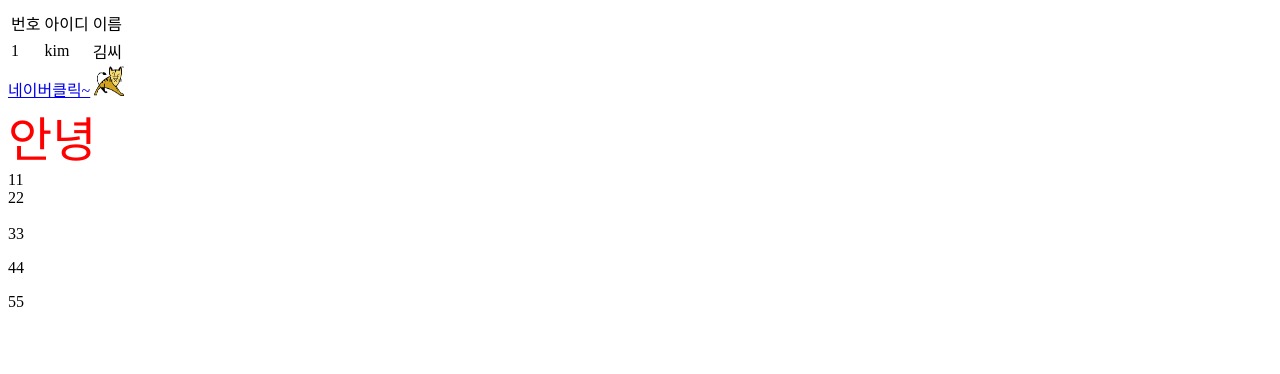
Repository: MinHyeJun/OpenSourceFramework
Page: web_prj/webapp/test.html
These files come from the project's save history. The page is drawn as it stood at one moment and after the next save; the edit follows.
The browser window is 1280 px wide. The pictures show the whole page.

Above is the page before, as saved 2018-06-26 02:22:22.

After the next save:
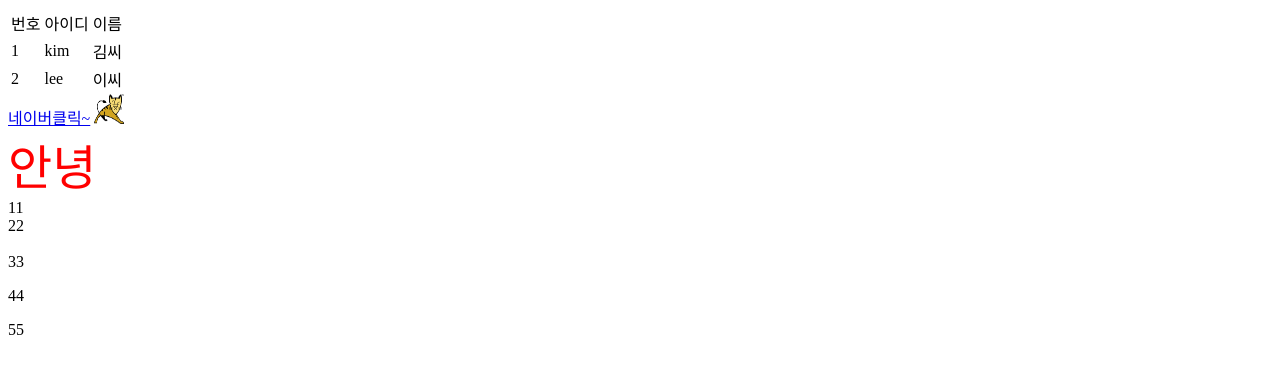
Saved 15 s later.
--- a/web_prj/webapp/test.html
+++ b/web_prj/webapp/test.html
@@ -16,6 +16,11 @@
 		<td>kim</td>
 		<td>김씨</td>
 	</tr>
+	<tr>
+		<td>2</td>
+		<td>lee</td>
+		<td>이씨</td>
+	</tr>
 </table>
 
 <a href="http://www.naver.com">네이버클릭~</a>
